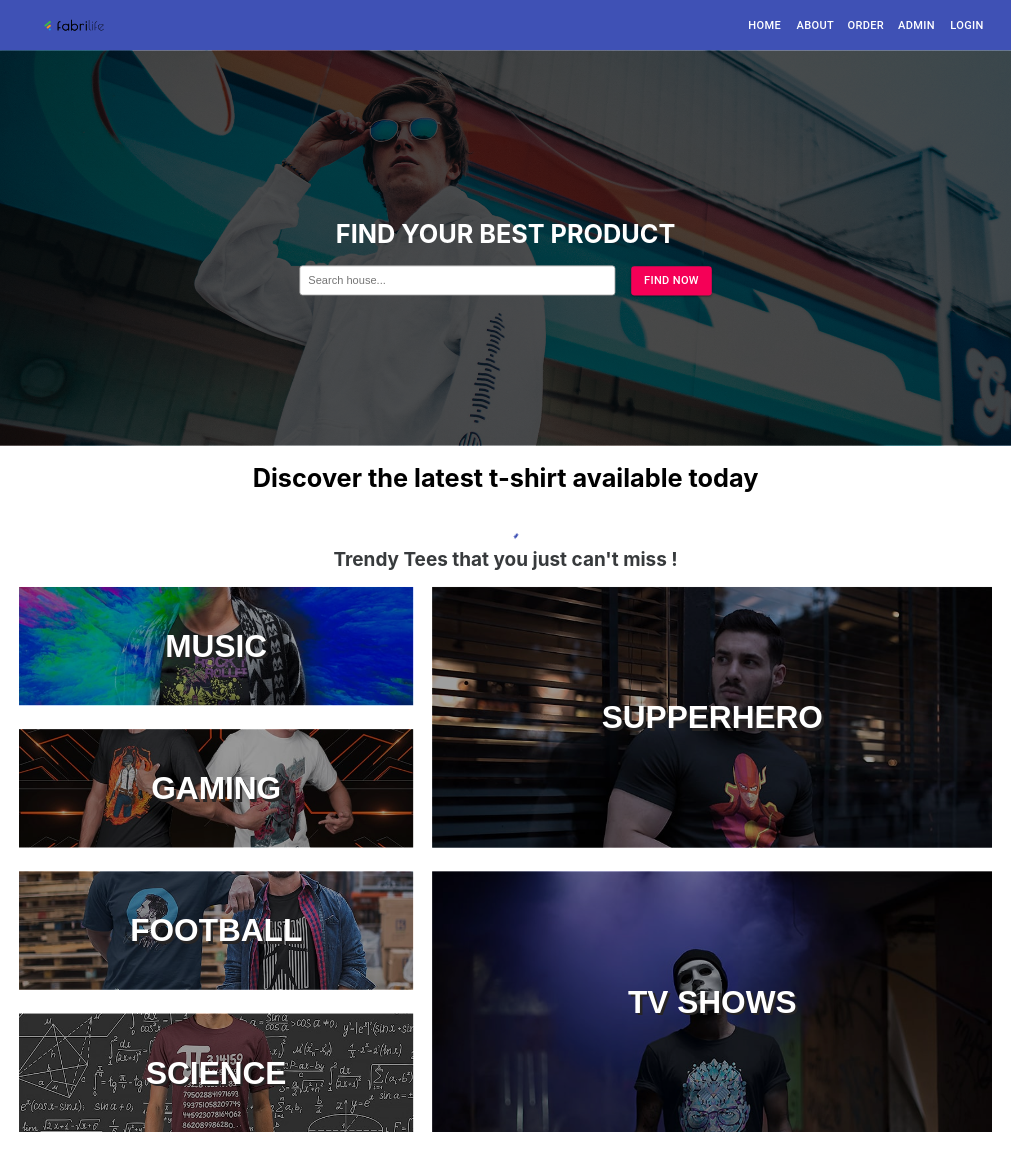
Repository: arif286/fabrilife-E-commerce-client-site
Page: /
An editor plug-in stored every save of this project. The page is shown before and after the next save, followed by the edit.
The browser window is 1280 px wide. The pictures show the whole page, at 79% of full size.
The page's requests for data from a server got no answer. The project was rebuilt for these pictures with package versions that can differ from the ones it lists, and the page was loaded fresh each time. No one was signed in, and anything a server would have sent is missing. Also part of the build but not shown: src/components/Admin/Admin.css, src/components/Admin/AddEvent/AddEvent.css, src/components/Admin/AddEvent/AddEvent.js, src/components/Admin/ProductManage/ProductManage.js, src/components/Admin/Sidebar/Sidebar.css, src/components/Admin/Sidebar/Sidebar.js, src/components/Admin/Admin.js, src/components/CheckOut/CheckOut.css and 8 more.

Above is the page before, as saved 2021-04-01 02:04:55.

### src/App.js
import React, { createContext, useState } from "react";
import { BrowserRouter as Router, Route, Switch } from "react-router-dom";
import Admin from "./components/Admin/Admin";
import CheckOut from "./components/CheckOut/CheckOut";
import Header from "./components/Header/Header";
import Home from "./components/Home/Home";
import Login from "./components/Login/Login";
import NoMatch from "./components/NoMatch/NoMatch";
import Order from "./components/Order/Order";
import PrivateRoute from "./components/PrivateRoute/PrivateRoute";

export const UserContext = createContext()

function App() {
  const [loggedInUser, setLoggedInUser] = useState({});
  return (
    <UserContext.Provider value={[loggedInUser, setLoggedInUser]}>
      <Router>
        <Header />
        <Switch>
          <Route path="/home">
            <Home />
          </Route>
          <PrivateRoute path="/admin">
            <Admin/>
          </PrivateRoute>
          <PrivateRoute path="/productDetails/:id">
            <CheckOut />
          </PrivateRoute>
          <PrivateRoute path='/order'>
            <Order/>
          </PrivateRoute>
          <Route path="/login">
            <Login />
          </Route>
          <Route exact path="/">
            <Home />
          </Route>
          <Route path="*">
            <NoMatch />
          </Route>
        </Switch>
      </Router>
    </UserContext.Provider>
  );
}

export default App;

### src/components/Header/Header.js
import AppBar from "@material-ui/core/AppBar";
import Button from "@material-ui/core/Button";
import { makeStyles } from "@material-ui/core/styles";
import Toolbar from "@material-ui/core/Toolbar";
import Typography from "@material-ui/core/Typography";
import React from "react";
import { NavLink } from "react-router-dom";
import logo from "../../tshirt-shop/logos/fabrilife.svg";
import "./Header.css";

const useStyles = makeStyles((theme) => ({
  root: {
    flexGrow: 1,
  },
  menuButton: {
    marginRight: theme.spacing(2),
  },
  title: {
    flexGrow: 1,
  },
  navbar: {
    color: 'white'
  }
}));

const Header = () => {
  const classes = useStyles();

  return (
    <div className={classes.root}>
      <AppBar className={classes.navbar} position="static">
        <Toolbar>
          <img
            style={{ width: "80px", marginLeft: "30px" }}
            src={logo}
            alt=""
          />
          {/* <IconButton
              edge="start"
              className={classes.menuButton}
              color="inherit"
              aria-label="menu"
            >
              <MenuIcon />
            </IconButton> */}
          <Typography variant="h6" className={classes.title}></Typography>
          <NavLink className="header-link" to="/home">
            <Button color="inherit">Home</Button>
          </NavLink>
          <NavLink className="header-link" to="/home">
            <Button color="inherit">About</Button>
          </NavLink>
          <NavLink className="header-link" to="/order">
            <Button color="inherit">Order</Button>
          </NavLink>
          <NavLink className="header-link" to="/admin">
            <Button color="inherit">Admin</Button>
          </NavLink>
          <NavLink className="header-link" to="/login">
            <Button color="inherit">Login</Button>
          </NavLink>
        </Toolbar>
      </AppBar>
    </div>
  );
};

export default Header;

### src/components/Home/Home.js
import React from 'react';
import Footer from '../Footer/Footer';
import LatestProduct from '../LatestProduct/LatestProduct';
import SearchBar from '../SearchBar/SearchBar';
import Shop from '../Shop/Shop';

const Home = () => {
    return (
        <>
            <SearchBar/>
            <Shop />
            <LatestProduct />
            <Footer/>
        </>
    );
};

export default Home;

### src/components/Header/Header.css
.header-link {
  text-decoration: none;
  color: white;
}

### src/components/Footer/Footer.js
import React from 'react';

const Footer = () => {
    return (
        <div>

        </div>
    );
};

export default Footer;

### src/components/LatestProduct/LatestProduct.js
import { Container, Grid } from '@material-ui/core';
import React from 'react';
import { NavLink } from 'react-router-dom';
import './LatestProduct.css';

const LatestProduct = () => {
    return (
      <Container>
        <h2 style={{ textAlign: "center", color: "#373a3c", marginTop:'40px'}}>
          Trendy Tees that you just can't miss !
        </h2>
        <Grid container spacing={3}>
          <Grid item md={5} sm={12}>
            <div className="music latest-product">
              <NavLink className="img-link" to="/">
                <div className="image-title">
                  <h1>music</h1>
                </div>
              </NavLink>
            </div>
            <div className="gaming latest-product">
              <NavLink className="img-link" to="/">
                <div className="image-title">
                  <h1>gaming</h1>
                </div>
              </NavLink>
            </div>
            <div className="football latest-product">
              <NavLink className="img-link" to="/">
                <div className="image-title">
                  <h1>football</h1>
                </div>
              </NavLink>
            </div>
            <div className="science latest-product">
              <NavLink className="img-link" to="/">
                <div className="image-title">
                  <h1>science</h1>
                </div>
              </NavLink>
            </div>
          </Grid>
          <Grid item sm={12} md={7}>
            <div className="supperHero latest-product">
              <NavLink className="img-link" to="/">
                <div className="image-title">
                  <h1>supperHero</h1>
                </div>
              </NavLink>
            </div>
            <div className="shows latest-product">
              <NavLink className="img-link" to="/">
                <div className="image-title">
                  <h1>Tv shows</h1>
                </div>
              </NavLink>
            </div>
          </Grid>
        </Grid>
      </Container>
    );
};

export default LatestProduct;

### src/components/SearchBar/SearchBar.js
import { Button } from "@material-ui/core";
import React from "react";
import "./SearchBar.css";

const SearchBar = () => {
  return (
    <div className="bgImage">
      <div className="search-bar">
        <h1>Find your best product</h1>
        <div className="search-bar">
          <input placeholder="Search house..." type="text" />
          <Button color="secondary" variant="contained">
            Find Now
          </Button>
        </div>
      </div>
    </div>
  );
};

export default SearchBar;

### src/components/Shop/Shop.js
import { Container, Grid } from "@material-ui/core";
import CircularProgress from "@material-ui/core/CircularProgress";
import axios from "axios";
import React, { useEffect, useState } from "react";
import ShopCard from "./ShopCard/ShopCard";

const Shop = () => {
     const [event, setEvent] = useState([]);

     useEffect(() => {
       axios
         .get("http://localhost:5000/event")
         .then((res) => setEvent(res.data))
         .catch((error) => console.log(error));
     }, []);

    return (
      <div>
        <Container>
          <Grid container direction="column" alignItems="center">
            <h1> Discover the latest t-shirt available today</h1>
            {event.length === 0 && <CircularProgress />}
          </Grid>
          <Grid container spacing={4}>
            {event.map((product, index) => (
              <Grid item xs={12} sm={6} md={4}>
                <ShopCard product={product} key={index} />
              </Grid>
            ))}
          </Grid>
        </Container>
      </div>
    );
};

export default Shop;

### src/components/LatestProduct/LatestProduct.css
.music {
  background-image: url("../../tshirt-shop/images/music-min.jpg");
  height: 150px;
}
.latest-product {
  background-repeat: no-repeat;
  background-size: cover;
  position: relative;
  overflow: hidden;
  margin-bottom: 30px;
}
.gaming {
  background-image: url("../../tshirt-shop//images/gaming-min.jpg");
  height: 150px;
}
.football {
  background-image: url("../../tshirt-shop/images/football-min.jpg");
  height: 150px;
}
.science {
  background-image: url("../../tshirt-shop/images/science-min.jpg");
  height: 150px;
}
.supperHero {
  background-image: url("../../tshirt-shop/images/superhero-min.jpg");

  height: 330px;
}
.shows {
  background-image: url("../../tshirt-shop/images/tv-min.jpg");
  height: 330px;
}

.img-link {
  top: 0;
  left: 0;
  display: block;
  overflow: hidden;
  height: 100%;
  width: 100%;
  position: absolute;
  background: #00000061;
}
.image-title {
  position: absolute;
  top: 50%;
  width: 100%;
  text-align: center;
  transform: translateY(-50%);
}
.image-title h1 {
  padding: 10px;
  color: white;
  font-size: 2.5rem;
  text-transform: uppercase;
  font-family: "Fjalla One", sans-serif;
  text-shadow: 3px 3px #272525;
}

### src/components/SearchBar/SearchBar.css
.bgImage {
  background-image: linear-gradient(#000000b3, #000000b3),
    url("../../tshirt-shop/images/websiteheader2.png") !important;
  background-repeat: no-repeat;
  background-size: cover;
  min-height: 500px;
  width: 100%;
  display: flex;
  justify-content: center;
  align-items: center;
}
.search-bar h1 {
  color: white;
  text-transform: uppercase;
}
.search-bar input {
  min-width: 400px;
  display: inline-block;
  box-sizing: border-box;
  padding: 10px;
  border-radius: 4px;
  font-size: 14px;
  border: 1px solid #999999;
  outline: none;
  margin-right: 20px;
}
.search-bar {
  text-align: center;
}

Loaded but not shown: public/index.html (common file); src/index.js (common file); src/index.css (common file); src/reportWebVitals.js (common file); src/components/Shop/ShopCard/ShopCard.css (no stored copy; drawn as an empty file)

After the next save:
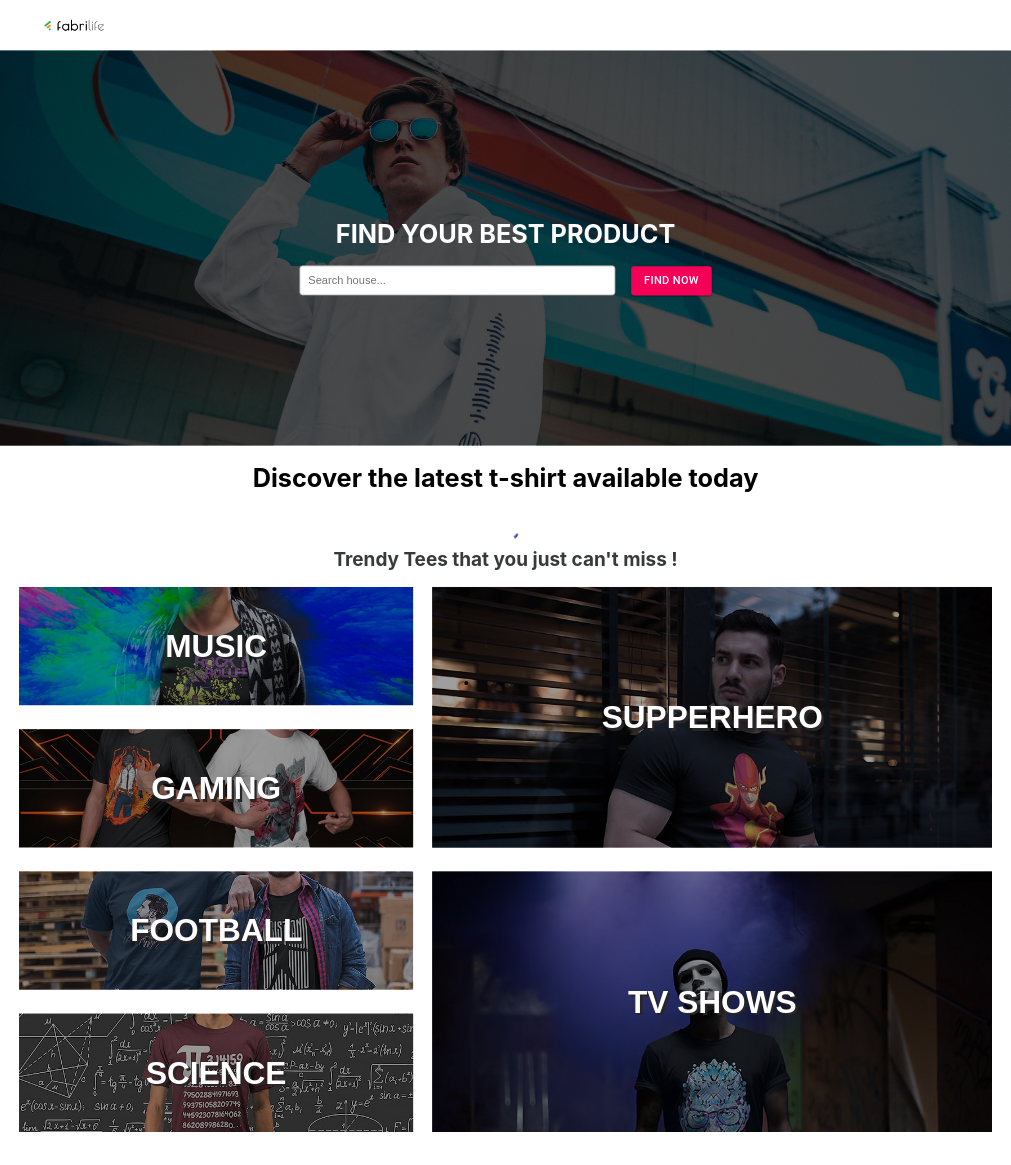
Saved 17 s later.
--- a/src/components/Header/Header.js
+++ b/src/components/Header/Header.js
@@ -19,7 +19,7 @@
     flexGrow: 1,
   },
   navbar: {
-    color: 'white'
+    backgroundColor: 'white'
   }
 }));
 
